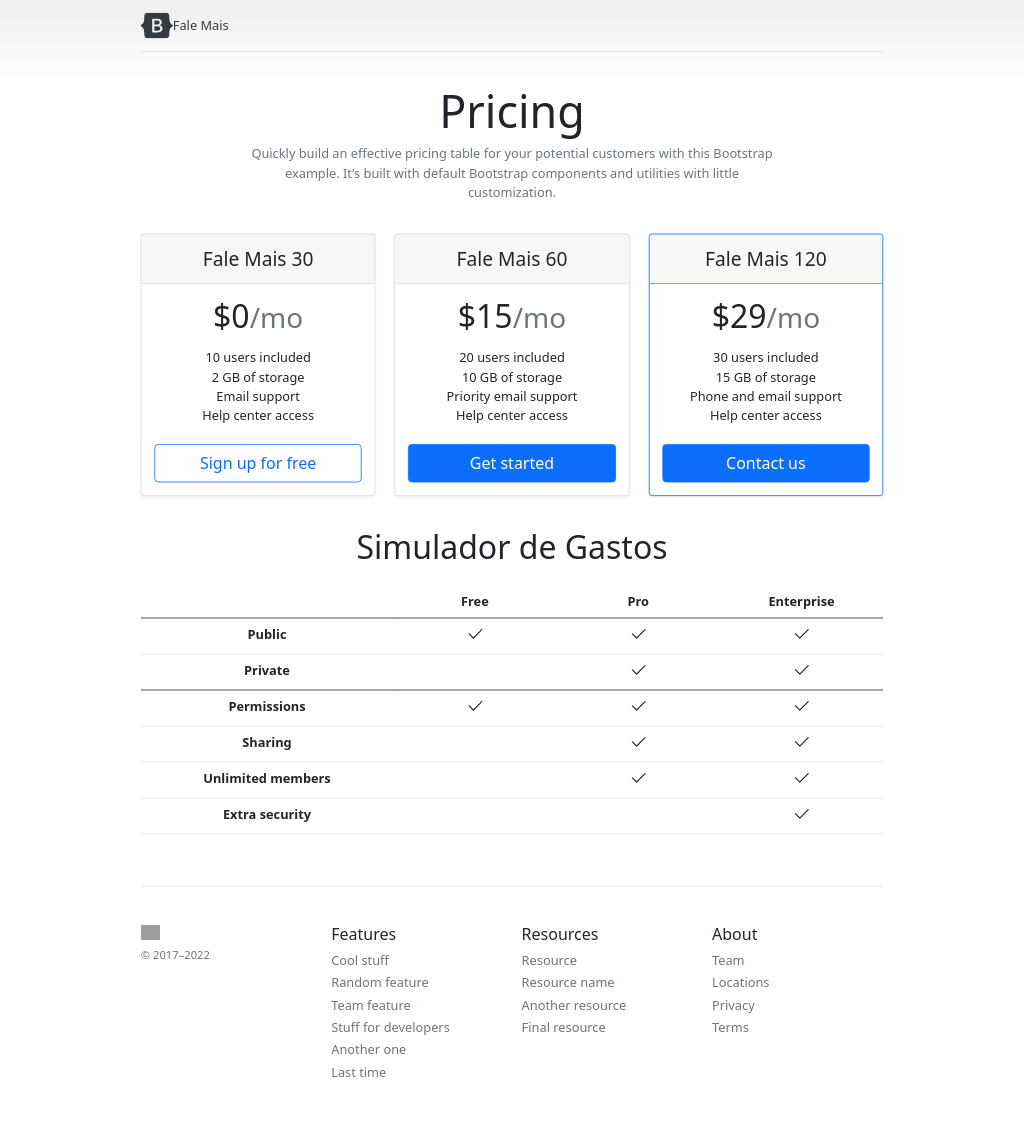
Repository: JuniorMagalhaesDeAlcantara/Fale-Mais
Page: src/resource/index.html
The author's editor kept a copy of each file at every save. The page is drawn from the files as they stood at one save, then again after the next save.
The browser window is 1280 px wide. The pictures show the whole page, at 80% of full size.
Pictures or frames that could not be fetched are drawn as grey boxes.

Above is the page before, as saved 2022-08-02 14:41:04.

### src/resource/index.html
<!DOCTYPE html>
<html lang="pt-br">
<head>
  <meta charset="UTF-8">
  <meta name="viewport" content="width=device-width, initial-scale=1.0">
  <title>Fale Mais</title>
  <link rel="stylesheet" href="https://stackpath.bootstrapcdn.com/bootstrap/5.0.0-alpha1/css/bootstrap.min.css" integrity="sha384-r4NyP46KrjDleawBgD5tp8Y7UzmLA05oM1iAEQ17CSuDqnUK2+k9luXQOfXJCJ4I" crossorigin="anonymous">
  <script src="https://cdn.jsdelivr.net/npm/popper.js@1.16.0/dist/umd/popper.min.js" integrity="sha384-Q6E9RHvbIyZFJoft+2mJbHaEWldlvI9IOYy5n3zV9zzTtmI3UksdQRVvoxMfooAo" crossorigin="anonymous"></script>
  <script src="https://stackpath.bootstrapcdn.com/bootstrap/5.0.0-alpha1/js/bootstrap.min.js" integrity="sha384-oesi62hOLfzrys4LxRF63OJCXdXDipiYWBnvTl9Y9/TRlw5xlKIEHpNyvvDShgf/" crossorigin="anonymous"></script>
</head>
<body>


      <!-- Custom styles for this template -->
      <link href="../resource/css/style.css" rel="stylesheet">
    </head>
    <body>

  <svg xmlns="http://www.w3.org/2000/svg" style="display: none;">
    <symbol id="check" viewBox="0 0 16 16">
      <title>Check</title>
      <path d="M13.854 3.646a.5.5 0 0 1 0 .708l-7 7a.5.5 0 0 1-.708 0l-3.5-3.5a.5.5 0 1 1 .708-.708L6.5 10.293l6.646-6.647a.5.5 0 0 1 .708 0z"/>
    </symbol>
  </svg>

  <div class="container py-3">
    <header>
      <div class="d-flex flex-column flex-md-row align-items-center pb-3 mb-4 border-bottom">
        <a href="/" class="d-flex align-items-center text-dark text-decoration-none">
          <svg xmlns="http://www.w3.org/2000/svg" width="40" height="32" class="me-2" viewBox="0 0 118 94" role="img"><title>Fale Mais</title><path fill-rule="evenodd" clip-rule="evenodd" d="M24.509 0c-6.733 0-11.715 5.893-11.492 12.284.214 6.14-.064 14.092-2.066 20.577C8.943 39.365 5.547 43.485 0 44.014v5.972c5.547.529 8.943 4.649 10.951 11.153 2.002 6.485 2.28 14.437 2.066 20.577C12.794 88.106 17.776 94 24.51 94H93.5c6.733 0 11.714-5.893 11.491-12.284-.214-6.14.064-14.092 2.066-20.577 2.009-6.504 5.396-10.624 10.943-11.153v-5.972c-5.547-.529-8.934-4.649-10.943-11.153-2.002-6.484-2.28-14.437-2.066-20.577C105.214 5.894 100.233 0 93.5 0H24.508zM80 57.863C80 66.663 73.436 72 62.543 72H44a2 2 0 01-2-2V24a2 2 0 012-2h18.437c9.083 0 15.044 4.92 15.044 12.474 0 5.302-4.01 10.049-9.119 10.88v.277C75.317 46.394 80 51.21 80 57.863zM60.521 28.34H49.948v14.934h8.905c6.884 0 10.68-2.772 10.68-7.727 0-4.643-3.264-7.207-9.012-7.207zM49.948 49.2v16.458H60.91c7.167 0 10.964-2.876 10.964-8.281 0-5.406-3.903-8.178-11.425-8.178H49.948z" fill="currentColor"></path></svg>
          <span class="fs-4">Fale Mais</span>
        </a>
      </div>

      <div class="pricing-header p-3 pb-md-4 mx-auto text-center">
        <h1 class="display-4 fw-normal">Pricing</h1>
        <p class="fs-5 text-muted">Quickly build an effective pricing table for your potential customers with this Bootstrap example. It’s built with default Bootstrap components and utilities with little customization.</p>
      </div>
    </header>

    <main>
      <div class="row row-cols-1 row-cols-md-3 mb-3 text-center">
        <div class="col">
          <div class="card mb-4 rounded-3 shadow-sm">
            <div class="card-header py-3">
              <h4 class="my-0 fw-normal">Fale Mais 30</h4>
            </div>
            <div class="card-body">
              <h1 class="card-title pricing-card-title">$0<small class="text-muted fw-light">/mo</small></h1>
              <ul class="list-unstyled mt-3 mb-4">
                <li>10 users included</li>
                <li>2 GB of storage</li>
                <li>Email support</li>
                <li>Help center access</li>
              </ul>
              <button type="button" class="w-100 btn btn-lg btn-outline-primary">Sign up for free</button>
            </div>
          </div>
        </div>
        <div class="col">
          <div class="card mb-4 rounded-3 shadow-sm">
            <div class="card-header py-3">
              <h4 class="my-0 fw-normal">Fale Mais 60</h4>
            </div>
            <div class="card-body">
              <h1 class="card-title pricing-card-title">$15<small class="text-muted fw-light">/mo</small></h1>
              <ul class="list-unstyled mt-3 mb-4">
                <li>20 users included</li>
                <li>10 GB of storage</li>
                <li>Priority email support</li>
                <li>Help center access</li>
              </ul>
              <button type="button" class="w-100 btn btn-lg btn-primary">Get started</button>
            </div>
          </div>
        </div>
        <div class="col">
          <div class="card mb-4 rounded-3 shadow-sm border-primary">
            <div class="card-header py-3 text-bg-primary border-primary">
              <h4 class="my-0 fw-normal">Fale Mais 120</h4>
            </div>
            <div class="card-body">
              <h1 class="card-title pricing-card-title">$29<small class="text-muted fw-light">/mo</small></h1>
              <ul class="list-unstyled mt-3 mb-4">
                <li>30 users included</li>
                <li>15 GB of storage</li>
                <li>Phone and email support</li>
                <li>Help center access</li>
              </ul>
              <button type="button" class="w-100 btn btn-lg btn-primary">Contact us</button>
            </div>
          </div>
        </div>
      </div>

      <h2 class="display-6 text-center mb-4">Simulador de Gastos</h2>

      <div class="table-responsive">
        <table class="table text-center">
          <thead>
            <tr>
              <th style="width: 34%;"></th>
              <th style="width: 22%;">Free</th>
              <th style="width: 22%;">Pro</th>
              <th style="width: 22%;">Enterprise</th>
            </tr>
          </thead>
          <tbody>
            <tr>
              <th scope="row" class="text-start">Public</th>
              <td><svg class="bi" width="24" height="24"><use xlink:href="#check"/></svg></td>
              <td><svg class="bi" width="24" height="24"><use xlink:href="#check"/></svg></td>
              <td><svg class="bi" width="24" height="24"><use xlink:href="#check"/></svg></td>
            </tr>
            <tr>
              <th scope="row" class="text-start">Private</th>
              <td></td>
              <td><svg class="bi" width="24" height="24"><use xlink:href="#check"/></svg></td>
              <td><svg class="bi" width="24" height="24"><use xlink:href="#check"/></svg></td>
            </tr>
          </tbody>

          <tbody>
            <tr>
              <th scope="row" class="text-start">Permissions</th>
              <td><svg class="bi" width="24" height="24"><use xlink:href="#check"/></svg></td>
              <td><svg class="bi" width="24" height="24"><use xlink:href="#check"/></svg></td>
              <td><svg class="bi" width="24" height="24"><use xlink:href="#check"/></svg></td>
            </tr>
            <tr>
              <th scope="row" class="text-start">Sharing</th>
              <td></td>
              <td><svg class="bi" width="24" height="24"><use xlink:href="#check"/></svg></td>
              <td><svg class="bi" width="24" height="24"><use xlink:href="#check"/></svg></td>
            </tr>
            <tr>
              <th scope="row" class="text-start">Unlimited members</th>
              <td></td>
              <td><svg class="bi" width="24" height="24"><use xlink:href="#check"/></svg></td>
              <td><svg class="bi" width="24" height="24"><use xlink:href="#check"/></svg></td>
            </tr>
            <tr>
              <th scope="row" class="text-start">Extra security</th>
              <td></td>
              <td></td>
              <td><svg class="bi" width="24" height="24"><use xlink:href="#check"/></svg></td>
            </tr>
          </tbody>
        </table>
      </div>
    </main>

    <footer class="pt-4 my-md-5 pt-md-5 border-top">
      <div class="row">
        <div class="col-12 col-md">
          <img class="mb-2" src="../assets/brand/bootstrap-logo.svg" alt="" width="24" height="19">
          <small class="d-block mb-3 text-muted">&copy; 2017–2022</small>
        </div>
        <div class="col-6 col-md">
          <h5>Features</h5>
          <ul class="list-unstyled text-small">
            <li class="mb-1"><a class="link-secondary text-decoration-none" href="#">Cool stuff</a></li>
            <li class="mb-1"><a class="link-secondary text-decoration-none" href="#">Random feature</a></li>
            <li class="mb-1"><a class="link-secondary text-decoration-none" href="#">Team feature</a></li>
            <li class="mb-1"><a class="link-secondary text-decoration-none" href="#">Stuff for developers</a></li>
            <li class="mb-1"><a class="link-secondary text-decoration-none" href="#">Another one</a></li>
            <li class="mb-1"><a class="link-secondary text-decoration-none" href="#">Last time</a></li>
          </ul>
        </div>
        <div class="col-6 col-md">
          <h5>Resources</h5>
          <ul class="list-unstyled text-small">
            <li class="mb-1"><a class="link-secondary text-decoration-none" href="#">Resource</a></li>
            <li class="mb-1"><a class="link-secondary text-decoration-none" href="#">Resource name</a></li>
            <li class="mb-1"><a class="link-secondary text-decoration-none" href="#">Another resource</a></li>
            <li class="mb-1"><a class="link-secondary text-decoration-none" href="#">Final resource</a></li>
          </ul>
        </div>
        <div class="col-6 col-md">
          <h5>About</h5>
          <ul class="list-unstyled text-small">
            <li class="mb-1"><a class="link-secondary text-decoration-none" href="#">Team</a></li>
            <li class="mb-1"><a class="link-secondary text-decoration-none" href="#">Locations</a></li>
            <li class="mb-1"><a class="link-secondary text-decoration-none" href="#">Privacy</a></li>
            <li class="mb-1"><a class="link-secondary text-decoration-none" href="#">Terms</a></li>
          </ul>
        </div>
      </div>
    </footer>
  </div>



    </body>
  </html>

### src/resource/css/style.css
body {
    background-image: linear-gradient(180deg, #eee, #fff 100px, #fff);
  }

  .container {
    max-width: 960px;
  }

  .pricing-header {
    max-width: 700px;
  }

        .bd-placeholder-img {
          font-size: 1.125rem;
          text-anchor: middle;
          -webkit-user-select: none;
          -moz-user-select: none;
          user-select: none;
        }

        @media (min-width: 768px) {
          .bd-placeholder-img-lg {
            font-size: 3.5rem;
          }
        }

        .b-example-divider {
          height: 3rem;
          background-color: rgba(0, 0, 0, .1);
          border: solid rgba(0, 0, 0, .15);
          border-width: 1px 0;
          box-shadow: inset 0 .5em 1.5em rgba(0, 0, 0, .1), inset 0 .125em .5em rgba(0, 0, 0, .15);
        }

        .b-example-vr {
          flex-shrink: 0;
          width: 1.5rem;
          height: 100vh;
        }

        .bi {
          vertical-align: -.125em;
          fill: currentColor;
        }

        .nav-scroller {
          position: relative;
          z-index: 2;
          height: 2.75rem;
          overflow-y: hidden;
        }

        .nav-scroller .nav {
          display: flex;
          flex-wrap: nowrap;
          padding-bottom: 1rem;
          margin-top: -1px;
          overflow-x: auto;
          text-align: center;
          white-space: nowrap;
          -webkit-overflow-scrolling: touch;
        }

After the next save:
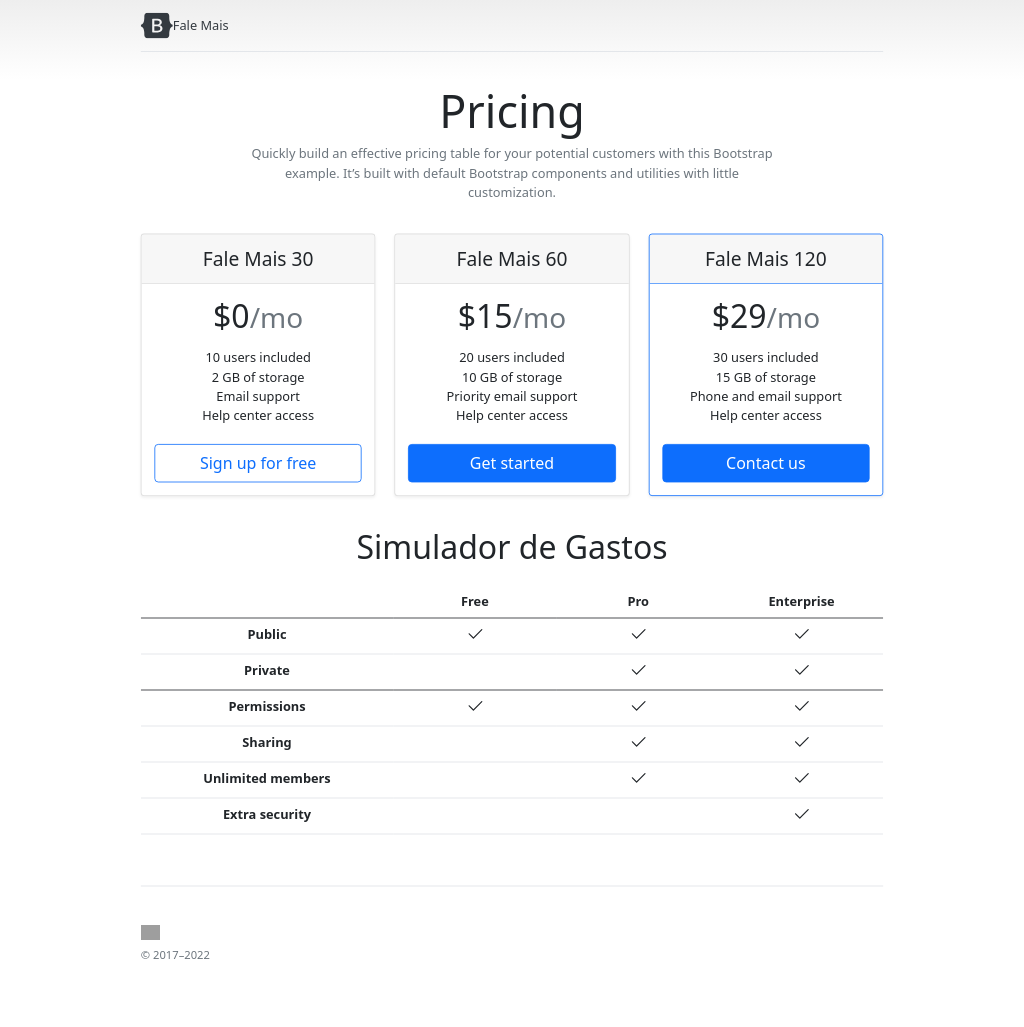
Saved 56 s later.
--- a/src/resource/index.html
+++ b/src/resource/index.html
@@ -156,36 +156,7 @@
           <img class="mb-2" src="../assets/brand/bootstrap-logo.svg" alt="" width="24" height="19">
           <small class="d-block mb-3 text-muted">&copy; 2017–2022</small>
         </div>
-        <div class="col-6 col-md">
-          <h5>Features</h5>
-          <ul class="list-unstyled text-small">
-            <li class="mb-1"><a class="link-secondary text-decoration-none" href="#">Cool stuff</a></li>
-            <li class="mb-1"><a class="link-secondary text-decoration-none" href="#">Random feature</a></li>
-            <li class="mb-1"><a class="link-secondary text-decoration-none" href="#">Team feature</a></li>
-            <li class="mb-1"><a class="link-secondary text-decoration-none" href="#">Stuff for developers</a></li>
-            <li class="mb-1"><a class="link-secondary text-decoration-none" href="#">Another one</a></li>
-            <li class="mb-1"><a class="link-secondary text-decoration-none" href="#">Last time</a></li>
-          </ul>
-        </div>
-        <div class="col-6 col-md">
-          <h5>Resources</h5>
-          <ul class="list-unstyled text-small">
-            <li class="mb-1"><a class="link-secondary text-decoration-none" href="#">Resource</a></li>
-            <li class="mb-1"><a class="link-secondary text-decoration-none" href="#">Resource name</a></li>
-            <li class="mb-1"><a class="link-secondary text-decoration-none" href="#">Another resource</a></li>
-            <li class="mb-1"><a class="link-secondary text-decoration-none" href="#">Final resource</a></li>
-          </ul>
-        </div>
-        <div class="col-6 col-md">
-          <h5>About</h5>
-          <ul class="list-unstyled text-small">
-            <li class="mb-1"><a class="link-secondary text-decoration-none" href="#">Team</a></li>
-            <li class="mb-1"><a class="link-secondary text-decoration-none" href="#">Locations</a></li>
-            <li class="mb-1"><a class="link-secondary text-decoration-none" href="#">Privacy</a></li>
-            <li class="mb-1"><a class="link-secondary text-decoration-none" href="#">Terms</a></li>
-          </ul>
-        </div>
-      </div>
+
     </footer>
   </div>
 
